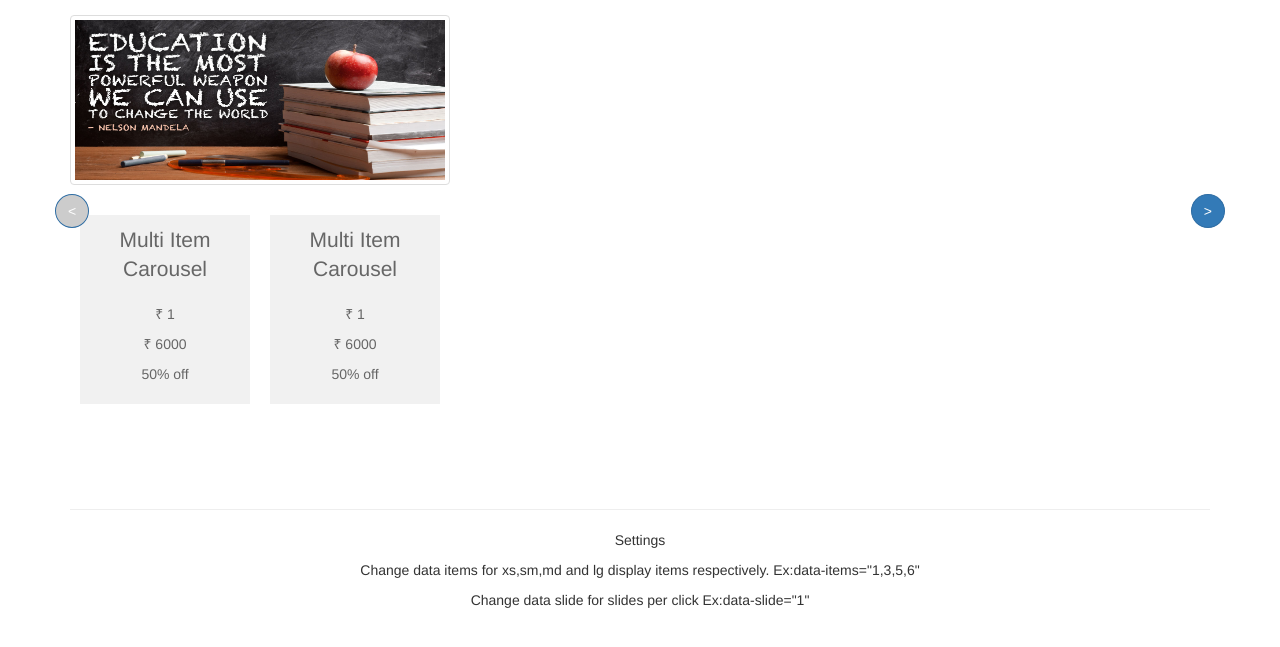
Repository: isranivishal/TsecCodestorm
Page: slider.html
These files come from the project's save history. The page is drawn as it stood at one moment and after the next save; the edit follows.
The browser window is 1280 px wide. The pictures show the whole page.
Some web libraries are served in a nearby version.

Above is the page before, as saved 2018-09-21 18:46:02.

After the next save:
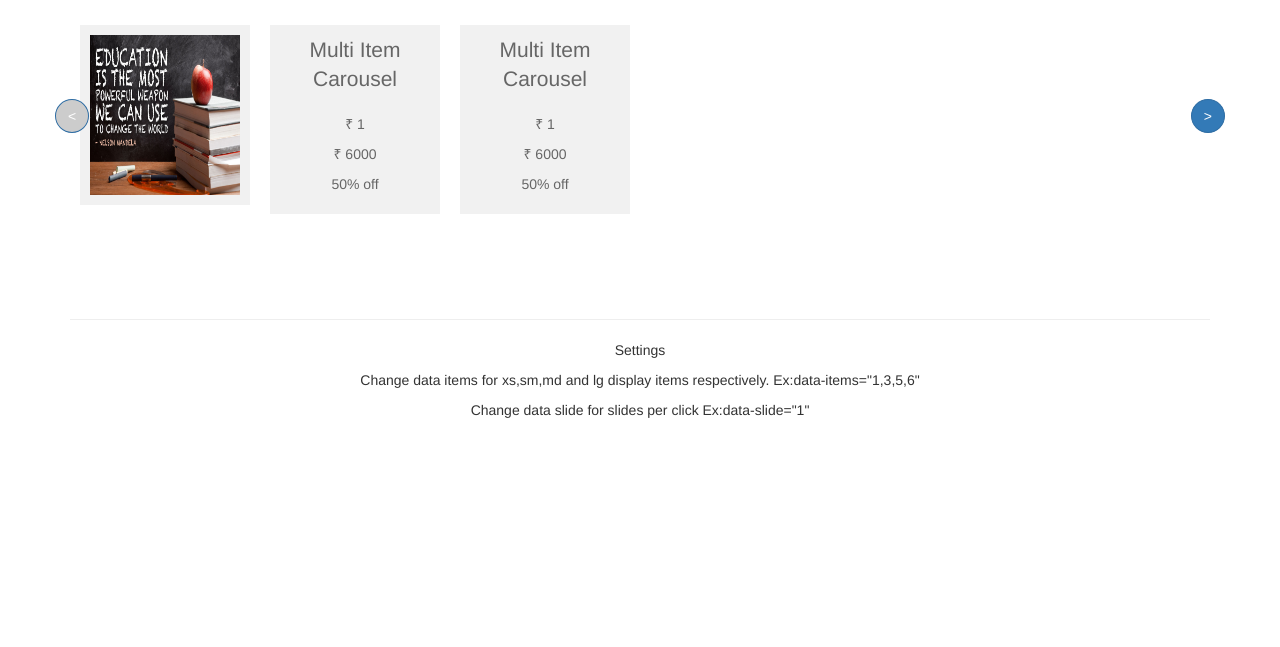
Saved 68 s later.
--- a/slider.html
+++ b/slider.html
@@ -139,15 +139,15 @@
                     <div class="row">
                         <div class="MultiCarousel" data-items="1,3,5,6" data-slide="1" id="MultiCarousel"  data-interval="1000">
                             <div class="MultiCarousel-inner">
-                               <!-- <div class="item">-->
+                                <div class="item">
                                     <div class="pad15">
-                                        <div class="thumbnail">
+                                        <!--<div class="thumbnail"> -->
                                             <a href="california.jpg">
                                                 <img src="education.jpg" alt="California" style="width:100%;height:160px;">
                                             </a>
-                                        </div>
+                                       <!-- </div> -->
                                     </div>
-                                <!--</div>-->
+                                </div>
 
                                 <div class="item">
                                     <div class="pad15">
